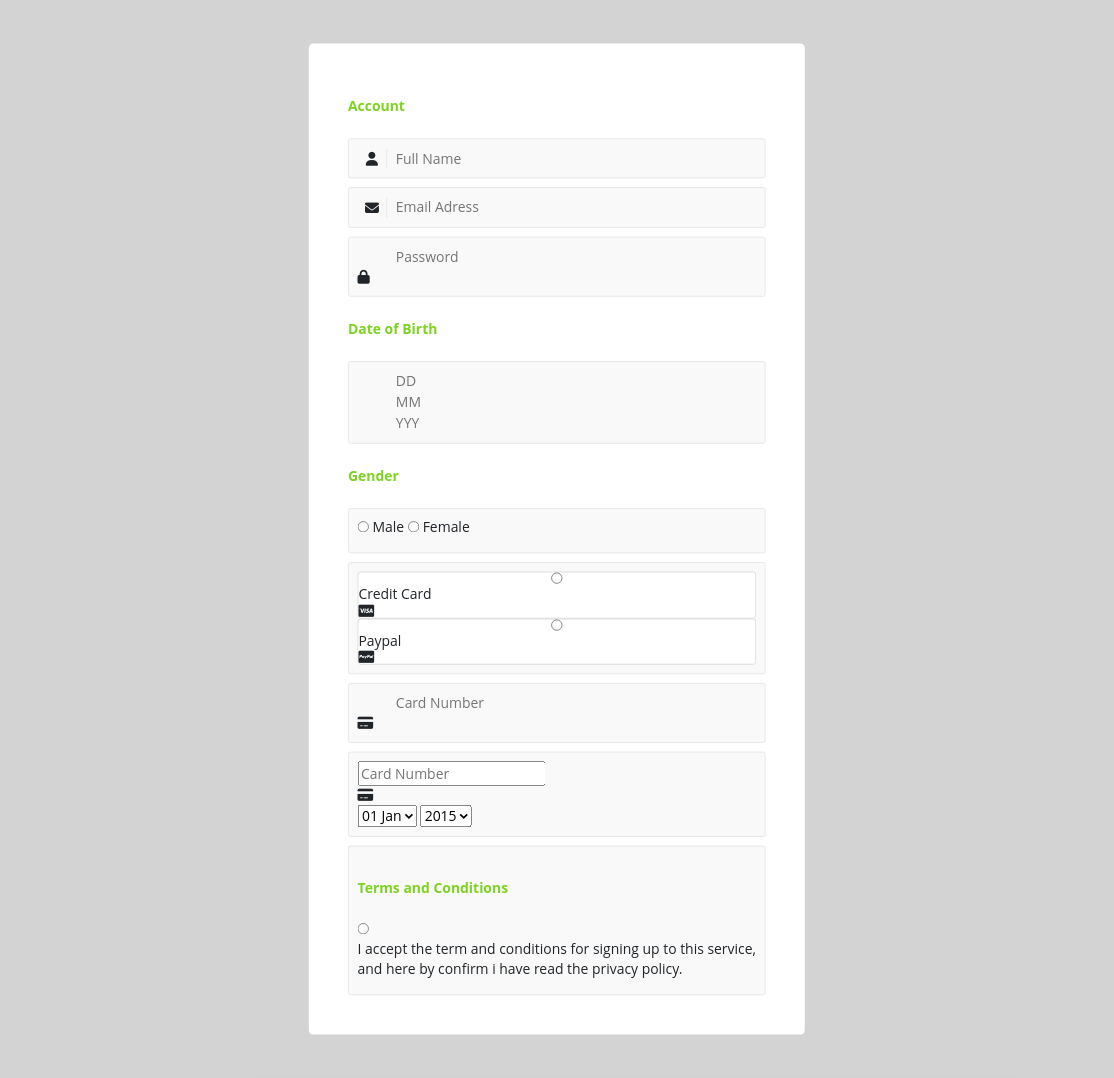
Repository: letrongtinh27/LapTrinhWeb
Page: Payment/index.html
These files come from the project's save history. The page is drawn as it stood at one moment and after a run of saves; the edit follows.
The browser window is 1280 px wide. The pictures show the whole page, at 87% of full size.

Above is the page before, as saved 2022-10-11 20:43:48.

### Payment/index.html
<!DOCTYPE html>
<html lang="en">
<head>
    <meta charset="UTF-8">
    <meta http-equiv="X-UA-Compatible" content="IE=edge">
    <meta name="viewport" content="width=device-width, initial-scale=1.0">
    <title>Document</title>
    <link rel="stylesheet" href="./reset.css">
    <link rel="stylesheet" href="./style.css">
    <link rel="stylesheet" href="https://cdn.jsdelivr.net/npm/bootstrap@4.3.1/dist/css/bootstrap.min.css" integrity="sha384-ggOyR0iXCbMQv3Xipma34MD+dH/1fQ784/j6cY/iJTQUOhcWr7x9JvoRxT2MZw1T" crossorigin="anonymous">
    <link rel="stylesheet" href="https://cdnjs.cloudflare.com/ajax/libs/font-awesome/6.2.0/css/all.min.css" integrity="sha512-xh6O/CkQoPOWDdYTDqeRdPCVd1SpvCA9XXcUnZS2FmJNp1coAFzvtCN9BmamE+4aHK8yyUHUSCcJHgXloTyT2A==" crossorigin="anonymous" referrerpolicy="no-referrer" />
</head>
<body>
    <div class="payment">
        <form action="#" class="form-payment">
            <h4 class="title">Account</h4>
            <div class="form-group">
            <div class="form-item">
                <input type="text" placeholder="Full Name">
                <div class="icon-name">
                    <i class="fa-solid fa-user"></i>
                </div>
            </div>
            <div class="form-item">
                <input type="email" placeholder="Email Adress">
                <div class="icon-email">
                    <i class="fa-solid fa-envelope"></i>
                </div>
            </div>
            <div class="form-item">
                <input type="password" placeholder="Password">
                <div class="icon">
                    <i class="fa-solid fa-lock"></i>
                </div>
            </div>
        </div>
            <div class="form-group2">
                <div class="group-left">
                <h4 class="title">Date of Birth</h4>
                <div class="form-item">
                    <input type="number" placeholder="DD">
                    <input type="number" placeholder="MM">
                    <input type="number" placeholder="YYY">
                </div>
            </div>
            <div class="group-right">
                <h4 class="title">Gender</h4>
                <div class="form-item">
                    <input type="radio" placeholder="DD">
                    <label for="">Male</label>
                    <input type="radio" placeholder="MM">
                    <label for="">Female</label>
                </div>
            </div>
            <div class="form-item">
                <div class="card">
                    <input type="radio"> Credit Card
                    <i class="fa-brands fa-cc-visa"></i>
                </div>
                <div class="card">
                    <input type="radio"> Paypal
                    <i class="fa-brands fa-cc-paypal"></i>
                </div>
                </div>
                <div class="form-item">
                    <input type="text" placeholder="Card Number">
                    <div class="icon">
                        <i class="fa-solid fa-credit-card"></i>
                    </div>
                </div>
                <div class="form-item">
                   <div class="right">
                    <input type="text" placeholder="Card Number">
                    <div class="icon">
                        <i class="fa-solid fa-credit-card"></i>
                    </div>
                   </div>
                   <div class="left">
                    <select name="" id="">
                        <option value="">01 Jan</option>
                        <option value="">02 Jan</option>
                    </select>
                    <select name="" id="">
                        <option value="">2015</option>
                        <option value="">2016</option>
                    </select>
                   </div>
                </div>
                <div class="form-item">
                    <h4 class="title">Terms and Conditions</h4>
                    <input type="radio">
                    <label for="">I accept the term and conditions for signing up to this service, and here by confirm i have read the privacy policy.</label>
                </div>
            </div>
            </div>
        </form>
    </div>
</body>
</html>

### Payment/style.css
/* https://codepen.io/josecarneiro/pen/Kwbapp @import: "libs/base.less"; */
body {
    font-family: 'Open Sans',sans-serif !important;
    background-color: lightgray !important;
}
.payment{
    width: 100%;
    max-width: 570px;
    margin: 50px auto;
    justify-content: center;
    align-items: center;
    display: flex;
    border-radius: 5px;
    background-color: #fff;
    padding: 35px 45px;
}
.form-payment{
    font-family: 'Open Sans',sans-serif;
}
.title{
    color: #7ed321;
    font-size: 16px;
    font-weight: bold;
    line-height: 1.5;
    margin: 25px 0px;
}
.form-group{
    position: relative;

}
.form-item {
    width: 100%;
    padding: 10px;
    line-height: 1.4;
    border: 1px solid #e5e5e5;
    border-radius: 3px;
    background-color: #f9f9f9;
    margin-bottom: 10px;
}

.form-item > input{
    padding-left: 44px;
    border: 0;
    outline: none;
    background-color: #f9f9f9;
    margin: 0 auto;
}
.icon-name{
    display: block;
    position: absolute;
    top: 12px;
    width: 34px;
    text-align: center;
    border-right: 1px solid #e5e5e5;
}

.icon-email{
    display: block;
    position: absolute;
    top: 69px;
    width: 34px;
    text-align: center;
    border-right: 1px solid #e5e5e5;
}
.fa-solid{

}
.fa-user{

}
.fa-envelope{

}
.fa-lock{

}
.form-group2{

}
.group-left{

}
.group-right{

}
.card{

}
.fa-brands{

}
.fa-cc-visa{

}
.fa-cc-paypal{

}
.fa-credit-card{

}
.right{

}
.left{

}

Loaded but not shown: Payment/reset.css (common file)

After the next 2 saves:
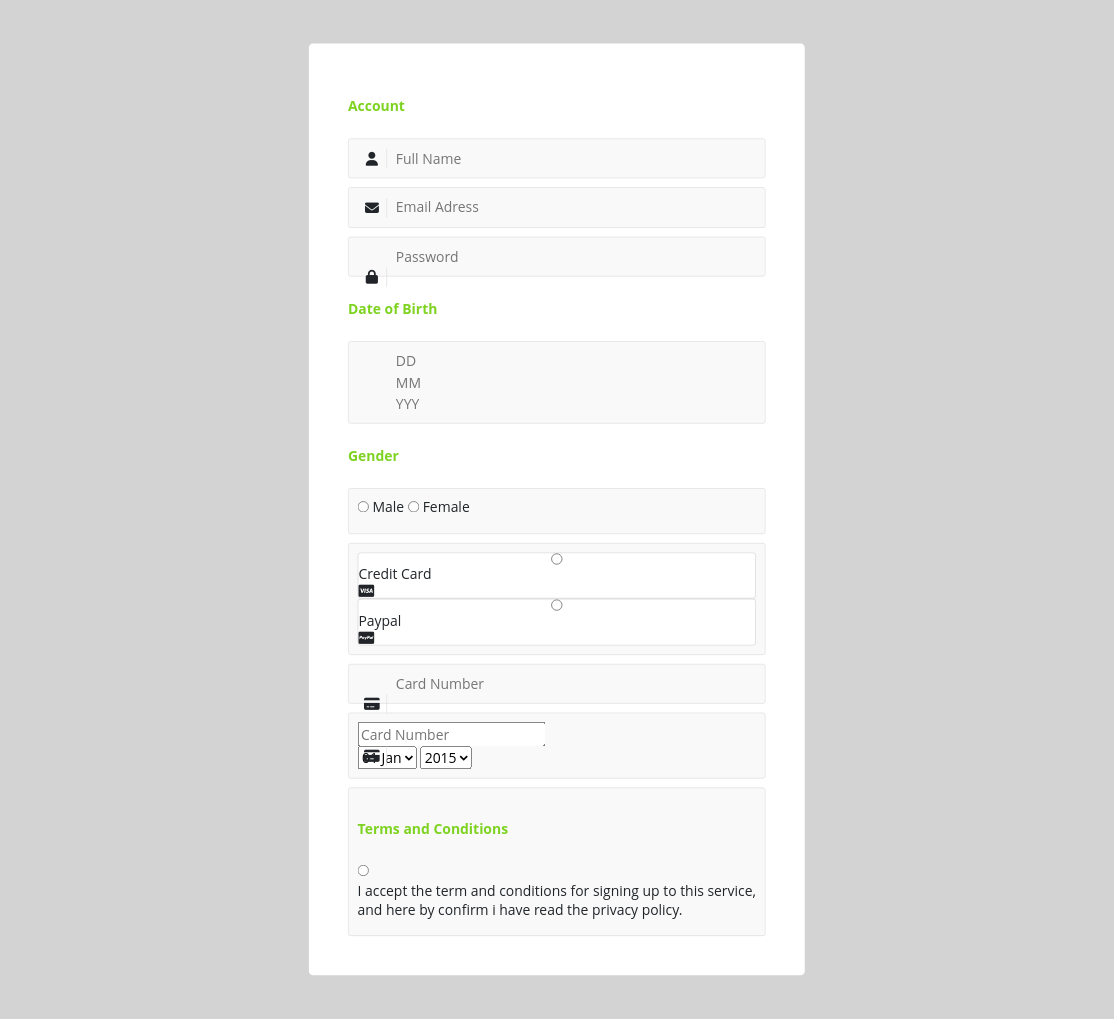
The 2 saves are shown as one change because they came seconds apart.
The last was saved 71 s later.
--- a/Payment/style.css
+++ b/Payment/style.css
@@ -45,6 +45,14 @@ body {
     background-color: #f9f9f9;
     margin: 0 auto;
 }
+
+.icon {
+    display: block;
+    position: absolute;
+    width: 34px;
+    text-align: center;
+    border-right: 1px solid #e5e5e5;
+}
 .icon-name{
     display: block;
     position: absolute;
@@ -61,6 +69,10 @@ body {
     width: 34px;
     text-align: center;
     border-right: 1px solid #e5e5e5;
+}
+
+.icon-pass {
+
 }
 .fa-solid{
 
